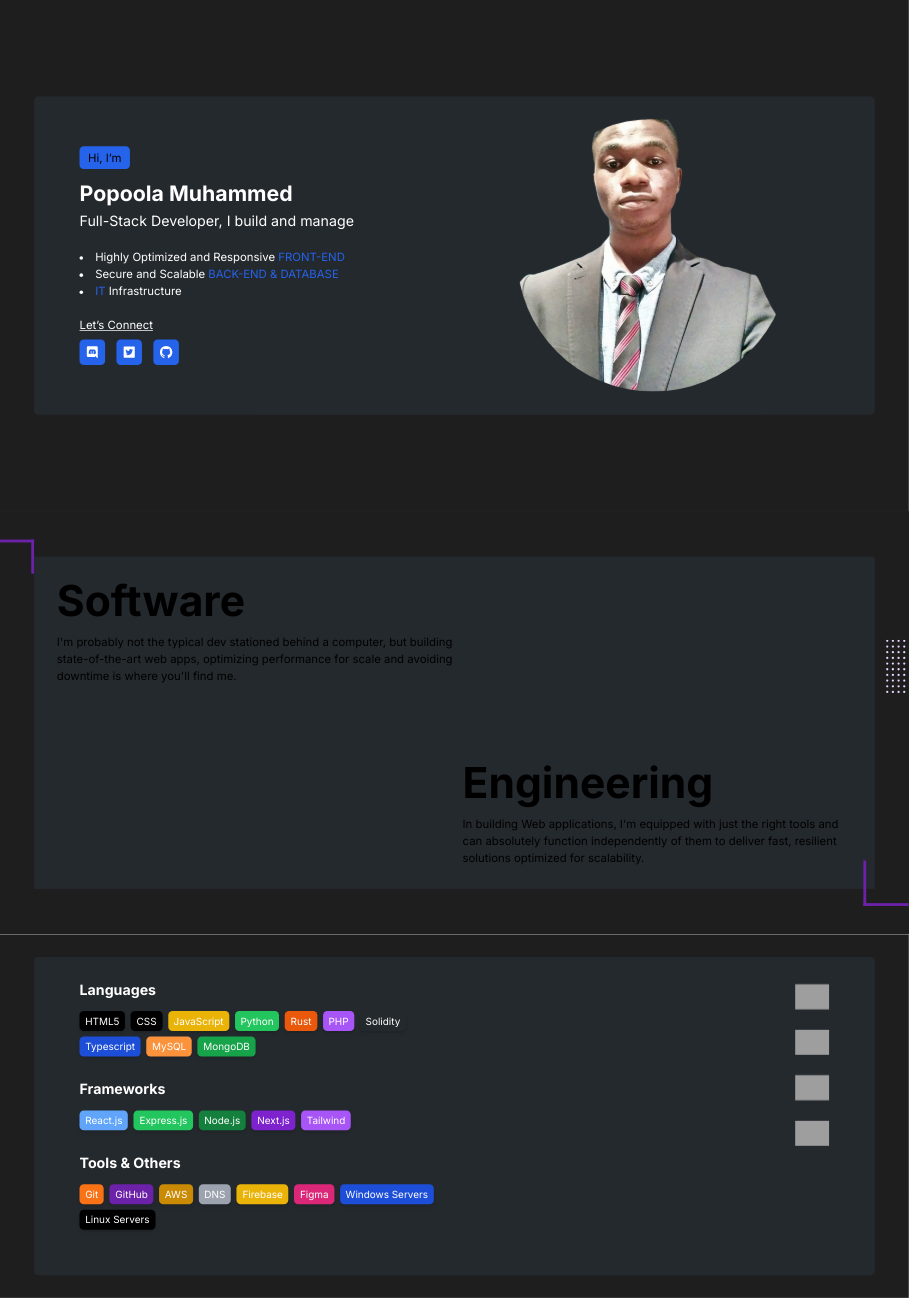
Repository: muhammedctgr/hammedctgr
Page: /
These files come from the project's save history. The page is drawn as it stood at one moment and after a run of saves; the edit follows.
The browser window is 1280 px wide. The pictures show the whole page, at 71% of full size.
Pictures or frames that could not be fetched are drawn as grey boxes. The project was rebuilt for these pictures with package versions that can differ from the ones it lists, and the page was loaded fresh each time. The framework's server and built-in components were replaced by stand-ins that run in the browser. Also part of the build but not shown: next.config.mjs.

Above is the page before, as saved 2024-08-04 23:02:11.

### app/layout.tsx
import type { Metadata } from "next";
import { Inter } from "next/font/google";
import "./globals.css";

const inter = Inter({ subsets: ["latin"] });

export const metadata: Metadata = {
  title: "Popoola Muhammed",
  description: "Generated by create next app",
};

export default function RootLayout({
  children,
}: Readonly<{
  children: React.ReactNode;
}>) {
  return (
    <html lang="en">
      <body className={inter.className}>{children}</body>
    </html>
  );
}

### app/page.tsx
import Head from 'next/head';
import Hero from '../components/Hero';
import SkillsSection from '@/components/SkillsSection';
import SummarySection from '@/components/SummarySection';


const Home = () => (
  <div>
    <Head>
      <title>Popoola Muhammed</title>
      <meta name="description" content="Welcome to my developer portfolio" />
    </Head>

    <Hero />
    <SummarySection />
    <SkillsSection />
  </div>
);

export default Home;

### app/globals.css
@tailwind base;
@tailwind components;
@tailwind utilities;

:root {
  --foreground-rgb: 0, 0, 0;
  --background-start-rgb: 214, 219, 220;
  --background-end-rgb: 255, 255, 255;
}

@media (prefers-color-scheme: dark) {
  :root {
    --foreground-rgb: 255, 255, 255;
    --background-start-rgb: 0, 0, 0;
    --background-end-rgb: 0, 0, 0;
  }
}

body {
  color: rgb(var(--foreground-rgb));
  background: linear-gradient(
      to bottom,
      transparent,
      rgb(var(--background-end-rgb))
    )
    rgb(var(--background-start-rgb));
}

@layer utilities {
  .text-balance {
    text-wrap: balance;
  }
}


@keyframes upDown {
  0%, 100% {
    transform: translateY(0);
  }
  50% {
    transform: translateY(-10px); /* Adjust the value as needed */
  }
}

.animate-upDown {
  animation: upDown 2s infinite ease-in-out; /* Adjust duration as needed */
}

### components/Hero.tsx
import Image from 'next/image';
import profilePic from '../public/profile.png';
import { AiFillDiscord, AiFillGithub, AiFillTwitterSquare, AiFillX } from 'react-icons/ai';

const Hero = () => {
  return (
    <section className="bg-gptGray px-4 py-8 md:px-8 lg:px-12 text-white min-h-screen flex items-center">
  <div className="container bg-githubGray rounded-md mx-auto flex flex-col md:flex-row items-center md:px-8">
    <div className="flex-1 text-left p-4 md:p-8">
      <div className="inline-block bg-blue-600 text-black py-1 px-3 mb-4 rounded-md">
        Hi, I’m
      </div>
      <div className="mb-6">
        <h1 className="text-xl md:text-3xl font-bold">Popoola Muhammed</h1>
        <p className="mt-2 text-lg md:text-xl">Full-Stack Developer, I build and manage</p>
      </div>
      <ul className="mt-4 list-disc list-inside">
        <li>Highly Optimized and Responsive <span className="text-blue-600">FRONT-END</span></li>
        <li>Secure and Scalable <span className="text-blue-600">BACK-END & DATABASE</span></li>
        <li><span className="text-blue-600">IT</span> Infrastructure</li>
      </ul>
      <div className="mt-6">
        <a href="#contact" className="underline">Let’s Connect</a>
        <div className="mt-2 flex justify-start space-x-4">
          <a href="#" className="bg-blue-600 p-2 rounded-md">
            <AiFillDiscord size={20} />
          </a>
          <a href="#" className="bg-blue-600 p-2 rounded-md">
            <AiFillTwitterSquare size={20} />
          </a>
          <a href="#" className="bg-blue-600 p-2 rounded-md">
            <AiFillGithub size={20} />
          </a>
        </div>
      </div>
    </div>
    <div className="flex-1 p-4 md:p-8">
      <div className="relative w-40 h-40 md:w-72 md:h-72 lg:w-96 lg:h-96 mx-auto">
        <Image src={profilePic} alt="Popoola Muhammed" layout="fill" className="rounded-full object-cover animate-upDown" />
      </div>
    </div>
  </div>
</section>
  );
};

export default Hero;

### components/SkillsSection.tsx
import Image from 'next/image';
import { FC } from 'react';

interface SkillCategory {
  title: string;
  skills: { name: string; color: string; }[];
}

const skills: SkillCategory[] = [
  {
    title: "Languages",
    skills: [
      { name: "HTML5", color: "bg-black" },
      { name: "CSS", color: "bg-black"},
      { name: "JavaScript", color: "bg-yellow-500" },
      { name: "Python", color: "bg-green-500" },
      { name: "Rust", color: "bg-orange-600" },
      { name: "PHP", color: "bg-purple-500" },
      { name: "Solidity", color: "bg-black-500" },
      { name: "Typescript", color: "bg-blue-700" },
      { name: "MySQL", color: "bg-orange-400" },
      { name: "MongoDB", color: "bg-green-600" },
    ],
  },
  {
    title: "Frameworks",
    skills: [
      { name: "React.js", color: "bg-blue-400" },
      { name: "Express.js", color: "bg-green-500" },
      { name: "Node.js", color: "bg-green-700" },
      { name: "Next.js", color: "bg-purple-700" },
      { name: "Tailwind", color: "bg-purple-500" },
    ],
  },
  {
    title: "Tools & Others",
    skills: [
      { name: "Git", color: "bg-orange-500" },
      { name: "GitHub", color: "bg-purple-800" },
      { name: "AWS", color: "bg-yellow-600" },
      { name: "DNS", color: "bg-gray-400" },
      { name: "Firebase", color: "bg-yellow-500" },
      { name: "Figma", color: "bg-pink-600" },
      { name: "Windows Servers", color: "bg-blue-700" },
      { name: "Linux Servers", color: "bg-black" },
    ],
  },
];

const icons = [
  "/icons/html5.svg", // Replace with your icon paths
  "/icons/css3.svg",
  "/icons/javascript.svg",
  "/icons/python.svg",
  // Add the rest of the icons as needed
];

const SkillsSection: FC = () => {
  return (
    <section className="px-4 py-8 md:px-8 lg:px-12 bg-gptGray text-white">
  <div className="container bg-githubGray rounded-md mx-auto flex flex-col md:flex-row items-start md:px-8">
    <div className="flex-1 p-4 md:p-8">
      {skills.map((category) => (
        <div key={category.title} className="mb-8">
          <h2 className="text-lg md:text-xl font-bold mb-4">{category.title}</h2>
          <div className="flex flex-wrap gap-2">
            {category.skills.map((skill) => (
              <span
                key={skill.name}
                className={`px-2 py-1 rounded-md text-sm ${skill.color} shadow-md`}
              >
                {skill.name}
              </span>
            ))}
          </div>
        </div>
      ))}
    </div>
    <div className="flex-1 flex flex-col items-center md:items-end">
      <div className="grid grid-cols-3 md:grid-cols-1 gap-4 p-4 md:p-8">
        {icons.map((src, index) => (
          <div key={index} className="w-10 h-10 md:w-12 md:h-12 relative">
            <Image src={src} alt={`icon-${index}`} layout="fill" objectFit="contain" />
          </div>
        ))}
      </div>
    </div>
  </div>
</section>
  );
};

export default SkillsSection;

### components/SummarySection.tsx
import { FC } from 'react';

const SummarySection: FC = () => {
  return (
<section className="px-4 py-16 md:px-8 lg:px-12 bg-gptGray relative overflow-hidden">
  <div className="container bg-githubGray mx-auto flex flex-col md:flex-row justify-between items-start md:px-8 p-4 md:p-8">
    <div className=" mb-8 md:mb-8">
      <div className="mb-4">
        <span className="text-4xl md:text-6xl font-bold">Software</span>
      </div>
      <p className="text-sm md:text-base">
        I'm probably not the typical dev stationed behind a computer, but building state-of-the-art web apps, optimizing performance for scale and avoiding downtime is where you'll find me.
      </p>
    </div>
    <div className=" md:mt-64">
      <div className="mb-4">
        <span className="text-4xl md:text-6xl font-bold">Engineering</span>
      </div>
      <p className="text-sm md:text-base">
        In building Web applications, I'm equipped with just the right tools and can absolutely function independently of them to deliver fast, resilient solutions optimized for scalability.
      </p>
    </div>
  </div>

  {/* Decorative Elements */}
  <div className="absolute top-10 left-0 w-8 h-8 md:w-12 md:h-12 border-t-4 border-r-4 border-purple-800"></div>
  <div className="absolute bottom-10 right-0 w-12 h-12 md:w-16 md:h-16 border-b-4 border-l-4 border-purple-800"></div>
  <div className="absolute top-1/4 right-0 transform translate-x-4 translate-y-4 md:translate-x-12 md:translate-y-8">
    <svg className="fill-current text-purple-200" width="80" height="80" viewBox="0 0 100 100">
      {/* SVG circles */}
      {[...Array(10)].map((_, row) => (
        <g key={row} transform={`translate(0, ${row * 10})`}>
          {[...Array(10)].map((_, col) => (
            <circle key={col} cx={col * 10 + 2} cy="2" r="2" />
          ))}
        </g>
      ))}
    </svg>
  </div>
</section>
  );
};

export default SummarySection;

### tailwind.config.ts
import type { Config } from "tailwindcss";

const config: Config = {
  content: [
    "./pages/**/*.{js,ts,jsx,tsx,mdx}",
    "./components/**/*.{js,ts,jsx,tsx,mdx}",
    "./app/**/*.{js,ts,jsx,tsx,mdx}",
  ],
  theme: {
    extend: {
      backgroundImage: {
        "gradient-radial": "radial-gradient(var(--tw-gradient-stops))",
        "gradient-conic":
          "conic-gradient(from 180deg at 50% 50%, var(--tw-gradient-stops))",
      },
      colors: {
        githubGray: '#24292e',
        gptGray: '#1e1e1e' // Define the exact color
      },
    },
  },
  plugins: [],
};
export default config;

After the next 2 saves:
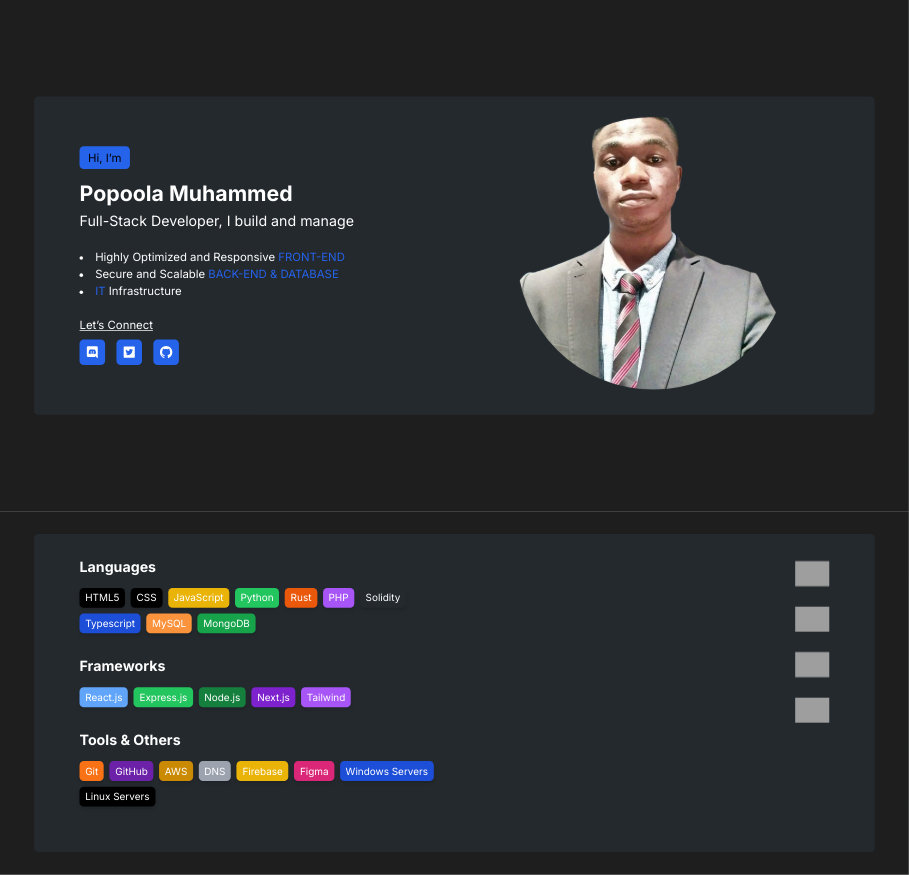
The 2 saves are shown as one change because they came seconds apart.
The last was saved 14 s later.
--- a/app/page.tsx
+++ b/app/page.tsx
@@ -12,8 +12,9 @@ const Home = () => (
     </Head>
 
     <Hero />
-    <SummarySection />
+
     <SkillsSection />
+
   </div>
 );
 
